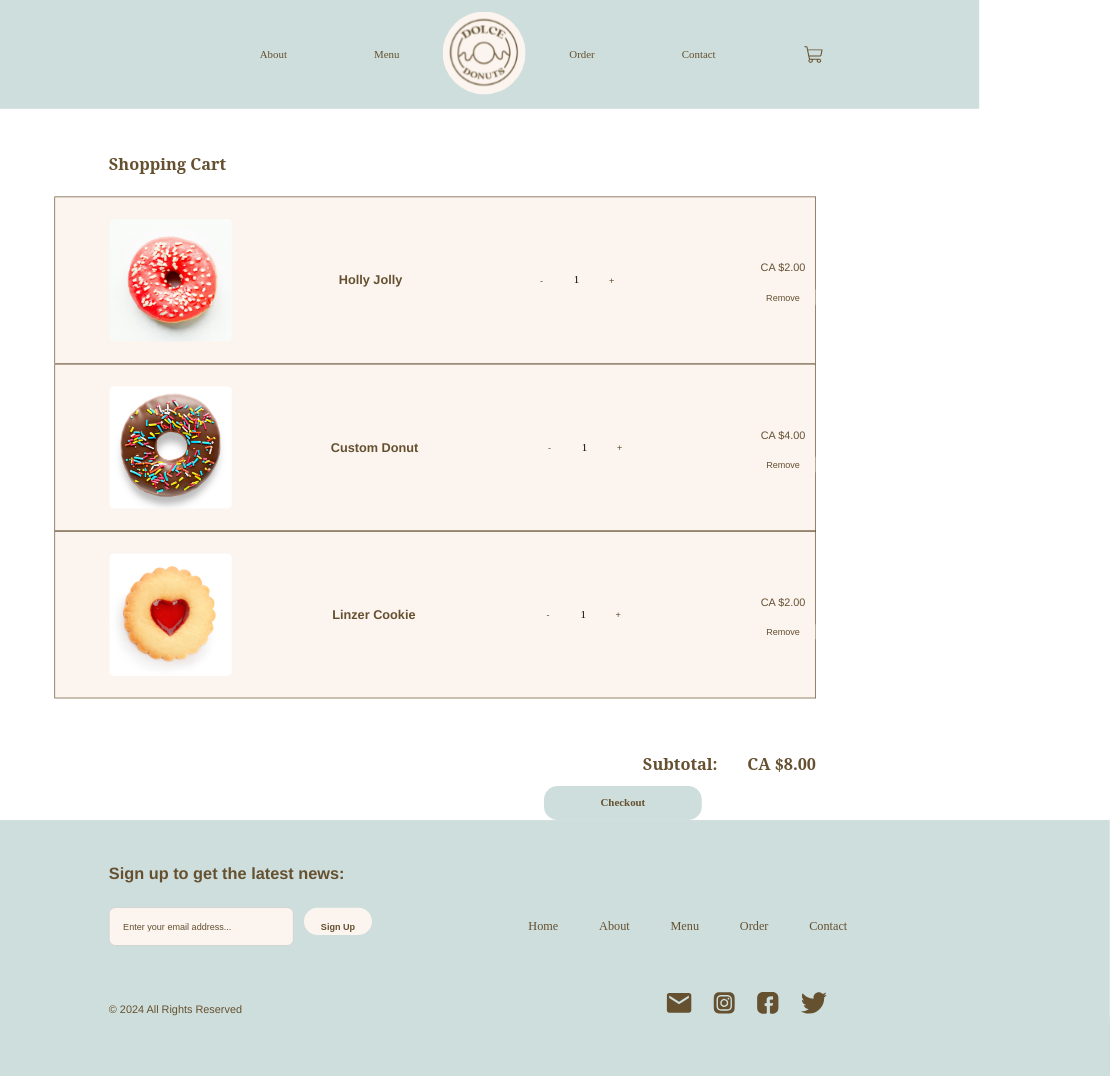
Repository: Crystalhtc/dolcedonuts
Page: /cart
These files come from the project's save history. The page is drawn as it stood at one moment and after the next save; the edit follows.
The browser window is 1280 px wide. The page is 1632 px wide, so the pictures cover 1632 px, including what lies to the right of the window. The pictures show the whole page, at 68% of full size.
The project was rebuilt for these pictures with package versions that can differ from the ones it lists, and the page was loaded fresh each time. Also part of the build but not shown: vite.config.js, src/pages/Home.module.css, src/components/ProductCard/ProductCard.jsx, src/Data/products.js, src/pages/Order.css, src/pages/Menu.jsx, src/pages/Order.jsx, src/pages/Contact.module.css and 17 more.

Above is the page before, as saved 2024-10-21 05:48:49.

After the next save:
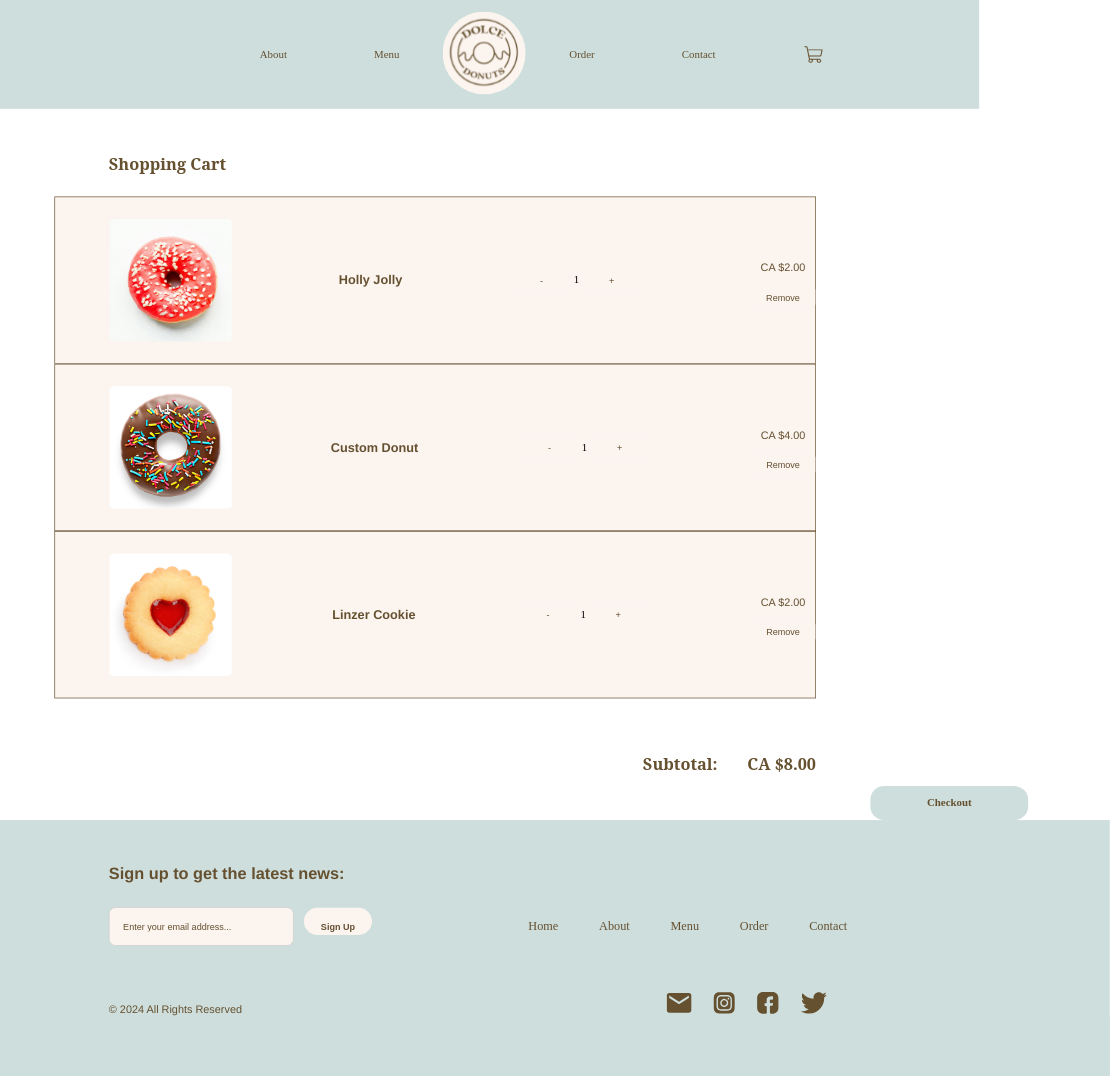
Saved 7 s later.
--- a/src/pages/Cart.module.css
+++ b/src/pages/Cart.module.css
@@ -43,5 +43,5 @@
 }
 
 .checkoutBtn {
-    margin-left: 50rem;
+    margin-left: 80rem;
 }
